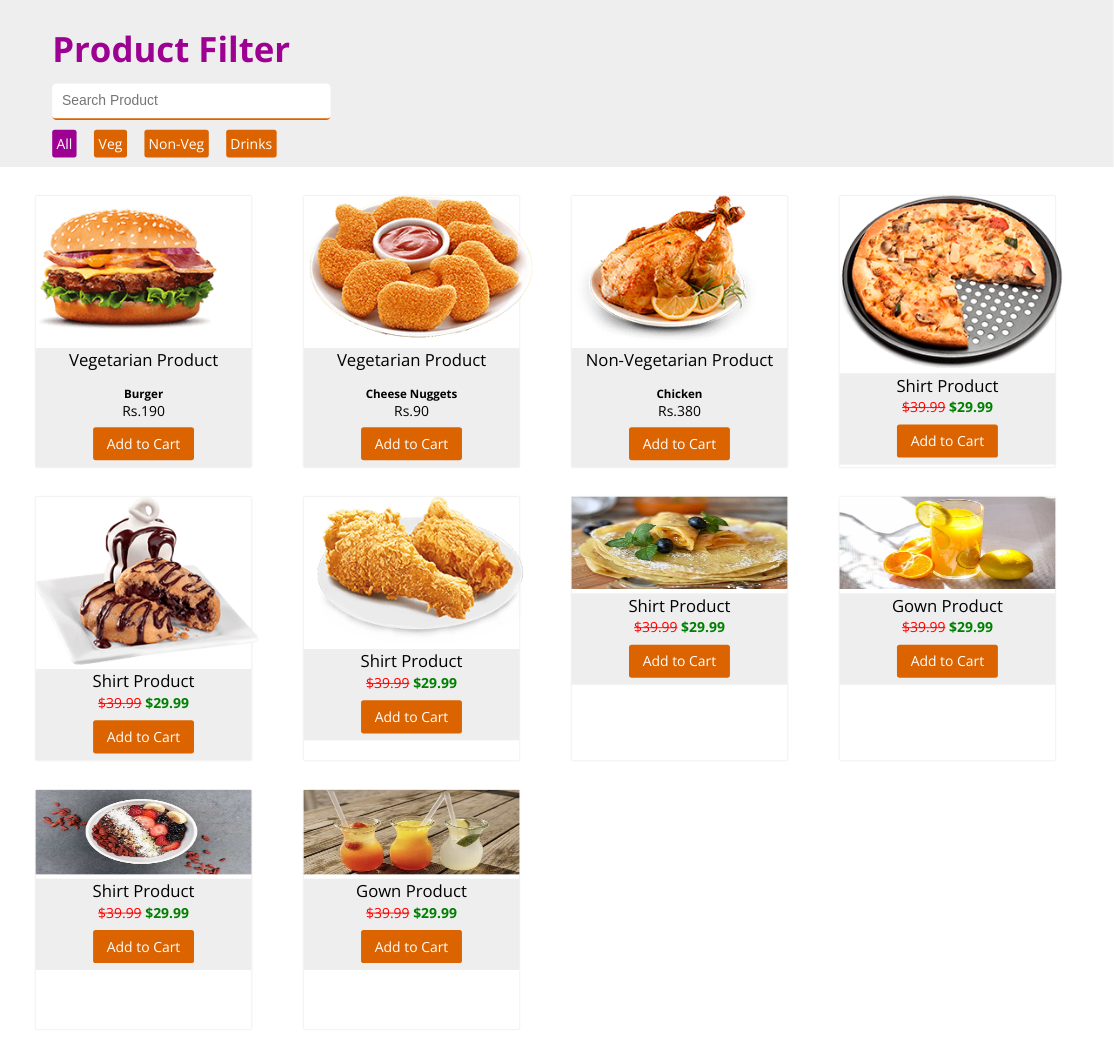
Repository: Shreya200012/FoodBox
Page: foodWeb/src/main/webapp/filter.html
The author's editor kept a copy of each file at every save. The page is drawn from the files as they stood at one save, then again after the next save.
The browser window is 1280 px wide. The pictures show the whole page, at 87% of full size.
Some web libraries are served in a nearby version.

Above is the page before, as saved 2022-06-14 07:43:16.

### foodWeb/src/main/webapp/filter.html
<!DOCTYPE html>
<html lang="en">
<head>
    <meta charset="UTF-8">
    <meta name="viewport" content="width=device-width, initial-scale=1.0">
    <title>Document</title>
    <script src="https://kit.fontawesome.com/1935d064dd.js" crossorigin="anonymous"></script>
    <link rel="stylesheet" href="css/style2.css">
</head>
<body>
    <header>
        <div class="container">
            <h1>Product Filter</h1>
            <!-- Search box -->
            <div class="search-box">
                <form action="" onsubmit="return false">
                    <input type="text" id="search" placeholder="Search Product">
                    <!-- <button id="btn-search">Search</button> -->
                </form>
            </div>
            <div class="filter-box">
                <a href="#" class="btn active" data-filter="all">All</a>
                <a href="#" class="btn" data-filter="watch">Veg</a>
                <a href="#" class="btn" data-filter="shirt">Non-Veg</a>
                 <a href="#" class="btn" data-filter="gown">Drinks</a>
                <!-- <a href="#" class="btn" data-filter="gown">Gown</a>
                <a href="#" class="btn" data-filter="jewelry">Jewelry</a>-->
            </div>
        </div>
    </header>

    <main>
        <div class="slide-container">
        <section class="container" id="store-products">

        <div class="store-product watch">
            <img src="images/dish-1.png" alt="">
            <div class="product-details">
                <h2>Vegetarian Product</h2>
                <p><h5>Burger</h5> Rs.190</p>
                <a href="#">Add to Cart</a>
            </div>
        </div>
        <div class="store-product watch">
            <img src="images/dish-2.png" alt="">
            <div class="product-details">
                <h2>Vegetarian Product</h2>
                <p> <h5>Cheese Nuggets</h5> Rs.90</p>
                <a href="#">Add to Cart</a>
            </div>
        </div>
        <div class="store-product shirt">
            <img src="images/dish-3.png" alt="">
            <div class="product-details">
                <h2>Non-Vegetarian Product</h2>
                <p> <h5>Chicken</h5>Rs.380</p>
                <a href="#">Add to Cart</a>
            </div>
        </div>
        <div class="store-product shirt">
            <img src="images/dish-4.png" alt="">
            <div class="product-details">
                <h2>Shirt Product</h2>
                <p> <span>$39.99</span> $29.99</p>
                <a href="#">Add to Cart</a>
            </div>
        </div>
        <div class="store-product shirt">
            <img src="images/dish-5.png" alt="">
            <div class="product-details">
                <h2>Shirt Product</h2>
                <p> <span>$39.99</span> $29.99</p>
                <a href="#">Add to Cart</a>
            </div>
        </div>
        <div class="store-product shirt">
            <img src="images/dish-6.png" alt="">
            <div class="product-details">
                <h2>Shirt Product</h2>
                <p> <span>$39.99</span> $29.99</p>
                <a href="#">Add to Cart</a>
            </div>
        </div>

        <div class="store-product shirt">
            <img src="images/menu-3.jpg" height="35%" width="100%" alt="">
            <div class="product-details">
                <h2>Shirt Product</h2>
                <p> <span>$39.99</span> $29.99</p>
                <a href="#">Add to Cart</a>
            </div>
        </div>
        <div class="store-product gown">
            <img src="images/menu-9.jpg" height="35%" width="100%"  alt="">
            <div class="product-details">
                <h2>Gown Product</h2>
                <p> <span>$39.99</span> $29.99</p>
                <a href="#">Add to Cart</a>
            </div>
        </div>
        <div class="store-product shirt">
            <img src="images/menu-8.jpg" height="35%" width="100%"  alt="">
            <div class="product-details">
                <h2>Shirt Product</h2>
                <p> <span>$39.99</span> $29.99</p>
                <a href="#">Add to Cart</a>
            </div>
        </div>
        <div class="store-product gown">
            <img src="images/menu-7.jpg" height="35%" width="100%"  alt="">
            <div class="product-details">
                <h2>Gown Product</h2>
                <p> <span>$39.99</span> $29.99</p>
                <a href="#">Add to Cart</a>
            </div>
        </div>


    </section>
</div>
</main>


    <script src="js/script2.js"></script>
</body>
</html>

### foodWeb/src/main/webapp/css/style2.css
@charset "ISO-8859-1";
@import url('https://fonts.googleapis.com/css2?family=Open+Sans:wght@300;400;600;700&display=swap');


:root {
    --white: #fff;
    --black: #1c2b2d;
    --blue: #31326f;
    --color-primary: #9d0191;
    --color-sec: #db6400;
    --color-grey: #eee;
    --color-dark-grey: #222831;
}

* {
    margin: 0;
    padding: 0;
    box-sizing: border-box;
}

body {
    font-family: 'Open Sans', sans-serif;
}

/* UTILITY */
.p-small {
    padding-bottom: 5px;
}
.p-medium {
    padding-bottom: 10px;
}
.p-y {
    padding: 10px 0;
}
.m-y {
    margin: 10px 0;
}

p {
    font-size: 1.6rem;
    line-height: 1.5;
}

img {
    /* width: 100%; */
}

.container {
    max-width: 1200px;
    margin: 0 auto;
    padding: 0 20px;
}

header {
    background-color: #eee;
    padding: 1rem;
}
header h1 {
    font-size: 2.5rem;
    line-height: 2;
    color: var(--color-primary);
}

form input {
    width: 20rem;
    padding: .7rem;
    border: none;
    border-radius: 5px;
    outline: none;
    font-size: 1rem;
    border-bottom: 2px solid var(--color-sec);
    margin-bottom: 1rem;
}

 .btn {
    font-size: 1rem;
    text-decoration: none;
    color: #fff;
    margin-right: 1rem;
    background-color: var(--color-sec);
    padding: 5px;
    border-radius: 3px;
}

.active {
    background-color: var(--color-primary);
}

#store-products {
    display: grid;
    grid-template-columns: repeat(auto-fit, minmax(15rem, 1fr));
    column-gap: 2rem;
    row-gap: 2rem;
    padding: 2rem 0;
}

.store-product {
    border: 1px solid #eee;
    border-radius: 3px;
    max-width: 250px;
}

.product-details {
    text-align: center;
    padding-bottom: 1rem;
    background-color: #eee;
}

.product-details h2 {
    font-size: 1.2rem;
    font-weight: 500;
}

.product-details p {
    font-size: 1rem;
    padding-bottom: 1rem;
    color: green;
    font-weight: 700;
}

.product-details p span {
    text-decoration: line-through;
    color: red;
    font-weight: normal;
}

.product-details a {
    font-size: 1rem;
    text-decoration: none;
    background-color: var(--color-sec);
    color: #fff;
    padding: .5rem 1rem;
    border-radius: 3px;
}

.product-details a:hover {
    background-color: var(--color-primary);
}

### foodWeb/src/main/webapp/js/script2.js
/**
 *
 */
 const btns = document.querySelectorAll('.btn');
const storeProducts = document.querySelectorAll('.store-product');
// const search = document.getElementById(search);

for (i = 0; i < btns.length; i++) {

    btns[i].addEventListener('click', (e) => {
        e.preventDefault()

        const filter = e.target.dataset.filter;
        console.log(filter);

        storeProducts.forEach((product)=> {
            if (filter === 'all'){
                product.style.display = 'block'
            } else {
                if (product.classList.contains(filter)){
                    product.style.display = 'block'
                } else {
                    product.style.display = 'none'
                }
            }
        });
    });
};

// SEARCH FILTER
const search = document.getElementById("search");
const productName = document.querySelectorAll(".product-details h2");

// A BETTER WAY TO FILTER THROUGH THE PRODUCTS
search.addEventListener("keyup", filterProducts);


function filterProducts(e) {
    const text = e.target.value.toLowerCase();
    // console.log(productName[0]);
    productName.forEach(function(product) {
        const item = product.firstChild.textContent;
        if (item.toLowerCase().indexOf(text) != -1) {
            product.parentElement.parentElement.style.display = "block"
        } else {
            product.parentElement.parentElement.style.display = "none"
        }
    })
}



// This code has been replaced by the function(filterProducts) above which does a better job

// search.addEventListener("keyup", (e) => {
//     e.preventDefault();
//     const searchValue = search.value.toLowerCase().trim();
//     // alert(search.value);


//     for (i = 0; i < storeProducts.length; i++) {
//         if (storeProducts[i].classList.contains(searchValue)) {
//             storeProducts[i].style.display = 'block';
//         } else if (searchValue == "") {
//             storeProducts[i].style.display = 'block';
//         } else {
//             storeProducts[i].style.display = 'none';
//         }

//     //    if (searchValue == "") {
//     //     storeProducts[i].style.display = 'block';
//     //    }

//     }

// })

After the next save:
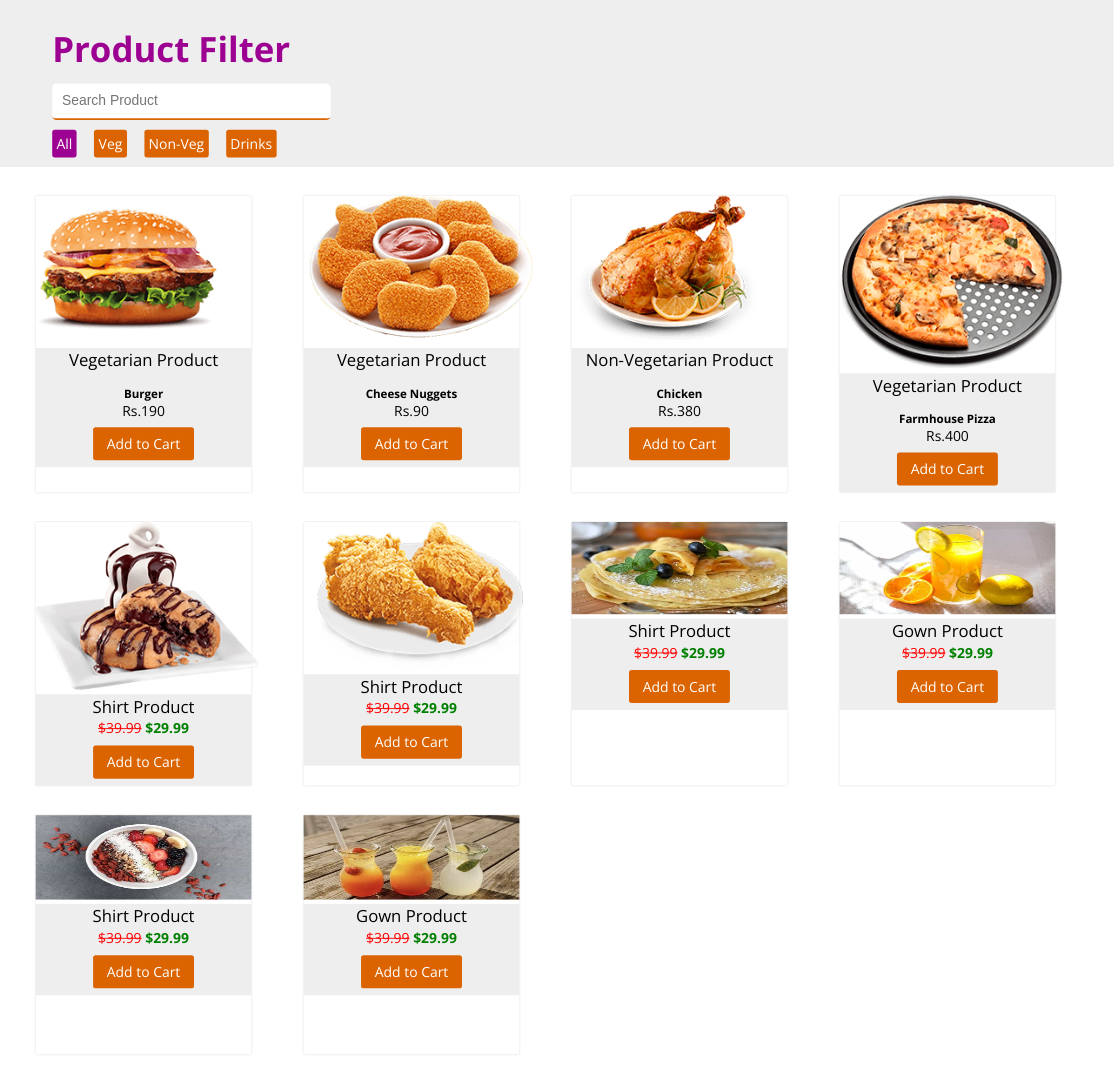
Saved 59 s later.
--- a/foodWeb/src/main/webapp/filter.html
+++ b/foodWeb/src/main/webapp/filter.html
@@ -60,8 +60,8 @@
         <div class="store-product shirt">
             <img src="images/dish-4.png" alt="">
             <div class="product-details">
-                <h2>Shirt Product</h2>
-                <p> <span>$39.99</span> $29.99</p>
+                <h2>Vegetarian Product</h2>
+                <p> <h5>Farmhouse Pizza</h5>Rs.400</p>
                 <a href="#">Add to Cart</a>
             </div>
         </div>
